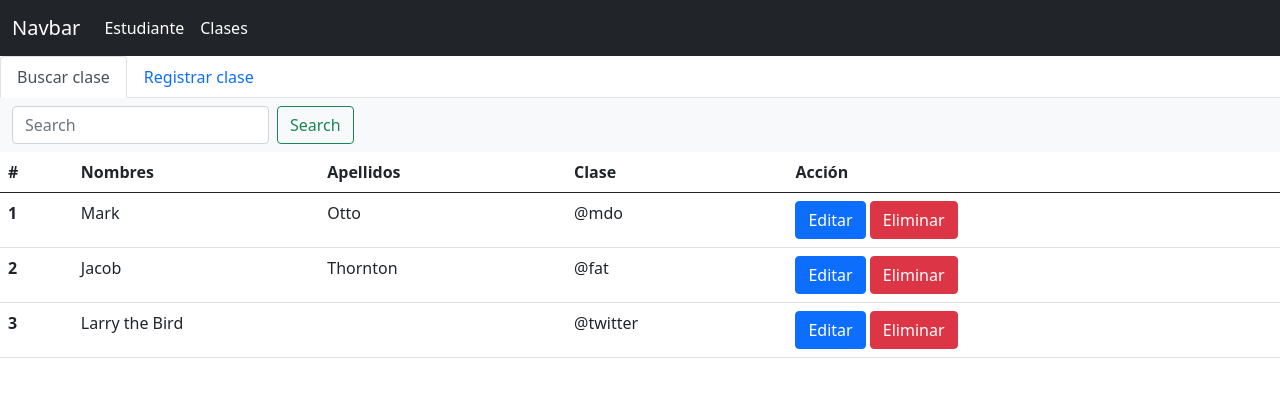
Repository: PabloTPZ/DigitalBolivia
Page: http://localhost/RegisterStudents/class.jsp
An editor plug-in stored every save of this project. The page is shown before and after the next save, followed by the edit.
The browser window is 1280 px wide. The pictures show the whole page.
Some web libraries are served in a nearby version. The page is served by Tomcat 9. Other server files are loaded and not shown.

Above is the page before, as saved 2021-02-05 03:15:11.

### RegisterStudents/WebContent/class.jsp
<%@ page language="java" contentType="text/html; charset=UTF-8"
    pageEncoding="UTF-8"%>
<!DOCTYPE html>
<html>
<head>
<meta charset="UTF-8">
<link href="https://cdn.jsdelivr.net/npm/bootstrap@5.0.0-beta1/dist/css/bootstrap.min.css" rel="stylesheet" integrity="sha384-giJF6kkoqNQ00vy+HMDP7azOuL0xtbfIcaT9wjKHr8RbDVddVHyTfAAsrekwKmP1" crossorigin="anonymous">
<title>Class</title>
</head>
<body>

<!-- Navigation -->
<nav class="navbar navbar-expand-lg navbar-dark bg-dark">
  <div class="container-fluid">
    <a class="navbar-brand" href="#">Navbar</a>
    <button class="navbar-toggler" type="button" data-bs-toggle="collapse" data-bs-target="#navbarSupportedContent" aria-controls="navbarSupportedContent" aria-expanded="false" aria-label="Toggle navigation">
      <span class="navbar-toggler-icon"></span>
    </button>
    <div class="collapse navbar-collapse" id="navbarSupportedContent">
      <ul class="navbar-nav me-auto mb-2 mb-lg-0">
        <li class="nav-item">
          <a class="nav-link active" aria-current="page" href="#">Estudiante</a>
        </li>
        <li class="nav-item">
          <a class="nav-link active" aria-current="page" href="#">Clases</a>
        </li>
      </ul>
    </div>
  </div>
</nav>

<div class="constainer">
<ul class="nav nav-tabs" id="myTab" role="tablist">
  <li class="nav-item" role="presentation">
    <a class="nav-link active" id="home-tab" data-bs-toggle="tab" href="#home" role="tab" aria-controls="home" aria-selected="true">Buscar clase</a>
  </li>
  <li class="nav-item" role="presentation">
    <a class="nav-link" id="profile-tab" data-bs-toggle="tab" href="#profile" role="tab" aria-controls="profile" aria-selected="false">Registrar clase</a>
  </li>
</ul>
<div class="tab-content" id="myTabContent">
<!-- Busqueda de estudiante -->
<div class="tab-pane fade show active" id="home" role="tabpanel" aria-labelledby="home-tab">
 <nav class="navbar navbar-light bg-light">
  <div class="container-fluid">
    <form class="d-flex">
      <input class="form-control me-2" type="search" placeholder="Search" aria-label="Search">
      <button class="btn btn-outline-success" type="submit">Search</button>
    </form>
  </div>
</nav>
<table class="table">
  <thead>
    <tr>
      <th scope="col">#</th>
      <th scope="col">Nombres</th>
      <th scope="col">Apellidos</th>
      <th scope="col">Clase</th>
      <th scope="col">Acción</th>
    </tr>
  </thead>
  <tbody>
    <tr>
      <th scope="row">1</th>
      <td>Mark</td>
      <td>Otto</td>
      <td>@mdo</td>
      <td>
      <button type="button" class="btn btn-primary">Editar</button>
	  <button type="button" class="btn btn-danger">Eliminar</button>
	  </td>
    </tr>
    <tr>
      <th scope="row">2</th>
      <td>Jacob</td>
      <td>Thornton</td>
      <td>@fat</td>
      <td>
      <button type="button" class="btn btn-primary">Editar</button>
	  <button type="button" class="btn btn-danger">Eliminar</button>
	  </td>
    </tr>
    <tr>
      <th scope="row">3</th>
      <td colspan="2">Larry the Bird</td>
      <td>@twitter</td>
      <td>
      <button type="button" class="btn btn-primary">Editar</button>
	  <button type="button" class="btn btn-danger">Eliminar</button>
      </td>
    </tr>
  </tbody>
</table>
 </div>

<!-- Registro de estudiante -->
  <div class="tab-pane fade" id="profile" role="tabpanel" aria-labelledby="profile-tab">
  <div class="container-fluid">
  	<form>
  <div class="mb-3">
    <label for="exampleInputEmail1" class="form-label">Nombres</label>
    <input type="text" class="form-control" id="exampleInputEmail1" aria-describedby="emailHelp">
  </div>
  <div class="mb-3">
    <label for="exampleInputPassword1" class="form-label">Apellidos</label>
    <input type="text" class="form-control" id="exampleInputPassword1">
  </div>
  <div class="mb-3">
    <label for="exampleInputPassword1" class="form-label">Asignar materia</label>
  	<select class="form-select form-select-lg mb-3" aria-label=".form-select-lg example">
  <option selected>Open this select menu</option>
  <option value="1">One</option>
  <option value="2">Two</option>
  <option value="3">Three</option>
</select>
  </div>
  <button type="submit" class="btn btn-primary">Registrar</button>
</form>
  </div>
  </div>
</div>
</div>



<script src="https://cdn.jsdelivr.net/npm/bootstrap@5.0.0-beta1/dist/js/bootstrap.bundle.min.js" integrity="sha384-ygbV9kiqUc6oa4msXn9868pTtWMgiQaeYH7/t7LECLbyPA2x65Kgf80OJFdroafW" crossorigin="anonymous"></script>
<script src="https://cdn.jsdelivr.net/npm/@popperjs/core@2.5.4/dist/umd/popper.min.js" integrity="sha384-q2kxQ16AaE6UbzuKqyBE9/u/KzioAlnx2maXQHiDX9d4/zp8Ok3f+M7DPm+Ib6IU" crossorigin="anonymous"></script>
<script src="https://cdn.jsdelivr.net/npm/bootstrap@5.0.0-beta1/dist/js/bootstrap.min.js" integrity="sha384-pQQkAEnwaBkjpqZ8RU1fF1AKtTcHJwFl3pblpTlHXybJjHpMYo79HY3hIi4NKxyj" crossorigin="anonymous"></script>
</body>
</html>

After the next save:
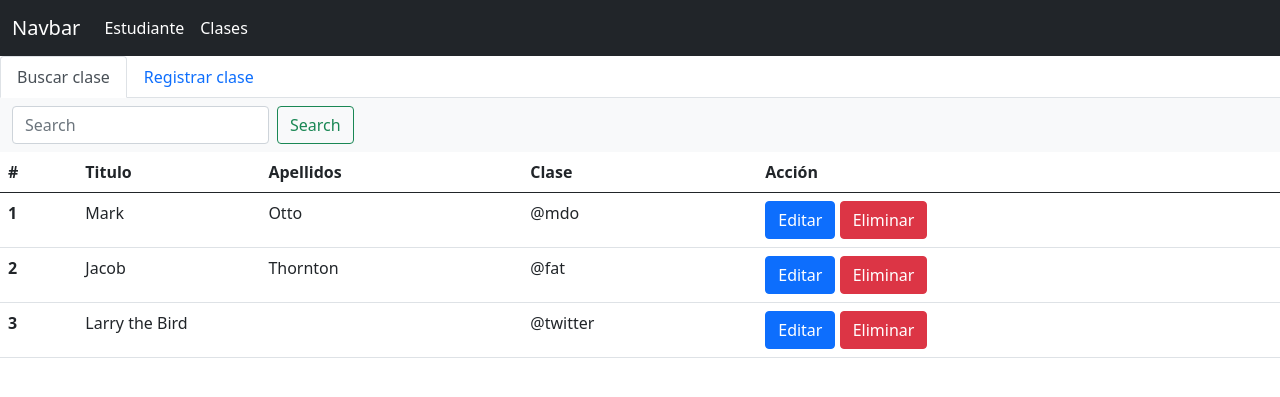
Saved 15 s later.
--- a/RegisterStudents/WebContent/class.jsp
+++ b/RegisterStudents/WebContent/class.jsp
@@ -53,7 +53,7 @@
   <thead>
     <tr>
       <th scope="col">#</th>
-      <th scope="col">Nombres</th>
+      <th scope="col">Titulo</th>
       <th scope="col">Apellidos</th>
       <th scope="col">Clase</th>
       <th scope="col">Acción</th>
